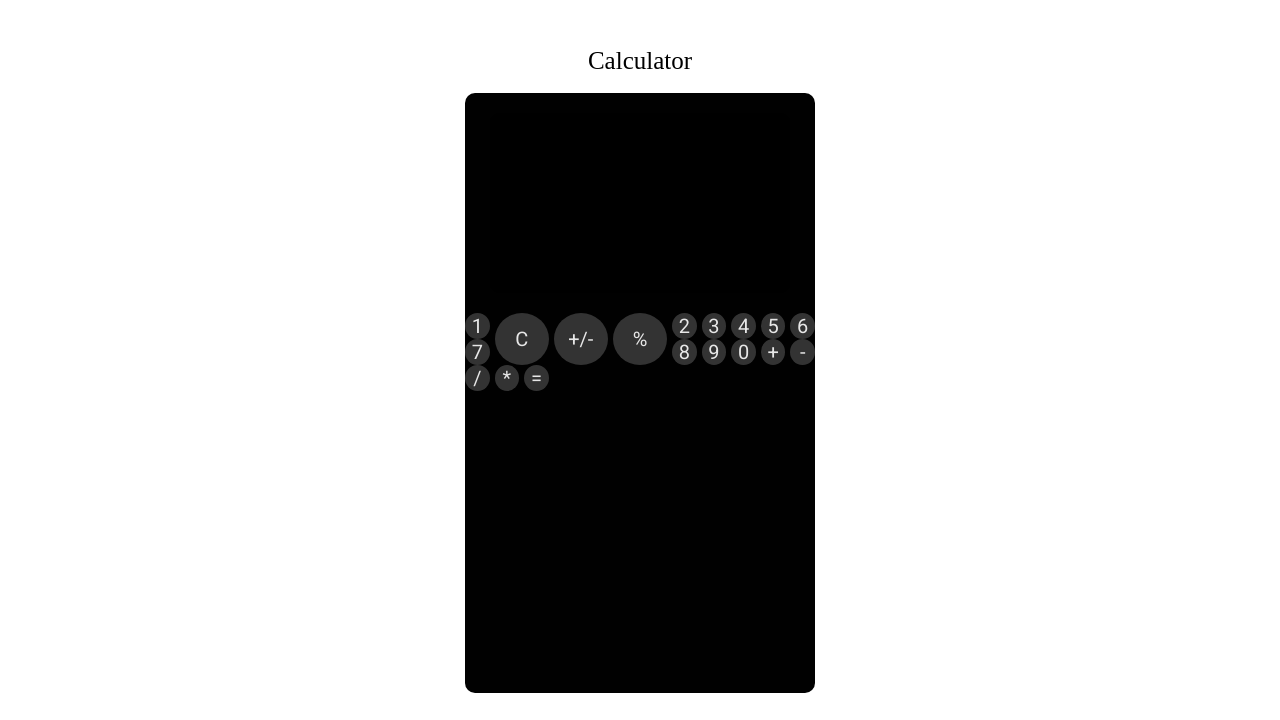
Repository: Gibon9/SimpleCalc
Page: index.html
The author's editor kept a copy of each file at every save. The page is drawn from the files as they stood at one save, then again after the next save.
The browser window is 1280 px wide. The pictures show the whole page.
Some web fonts or font styles are not loaded; a fallback is used.

Above is the page before, as saved 2020-11-27 19:07:32.

After the next save:
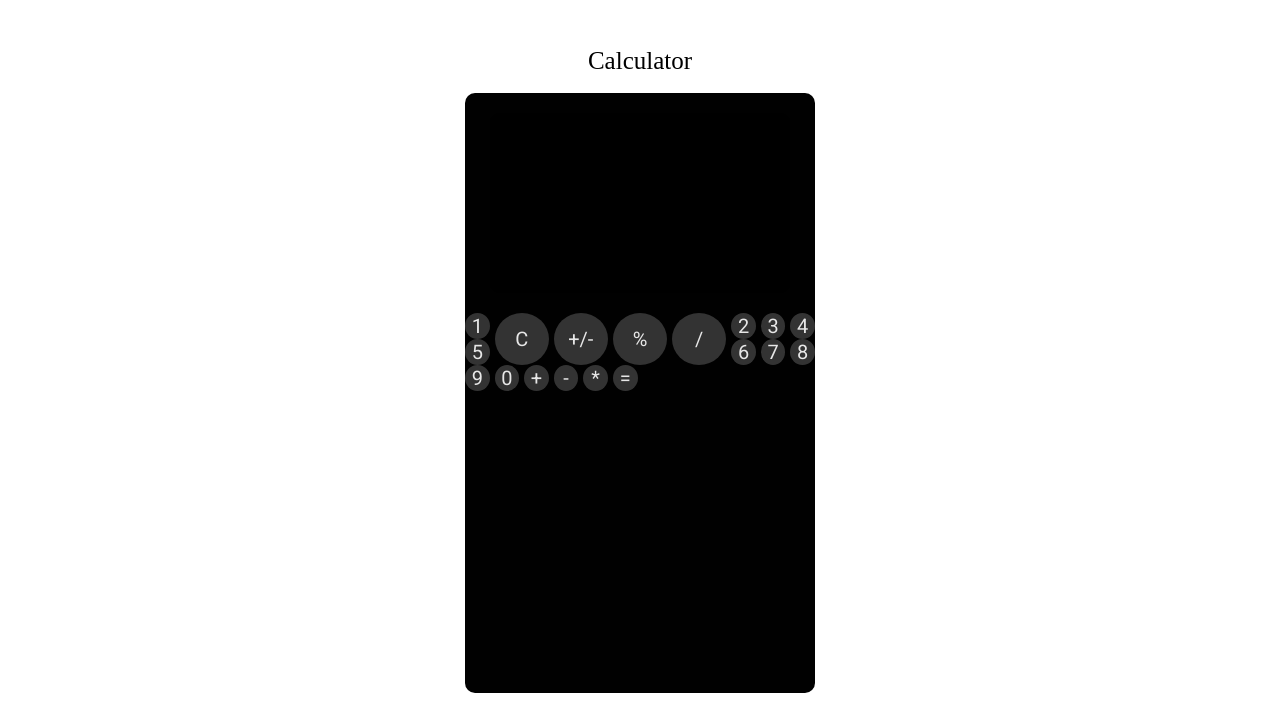
Saved 32 s later.
--- a/style/style.css
+++ b/style/style.css
@@ -78,3 +78,8 @@
   grid-column: 6/8;
   grid-row: 1/3;
 }
+
+.divide-btn {
+  grid-column: 8/10;
+  grid-row: 1/3;
+}
